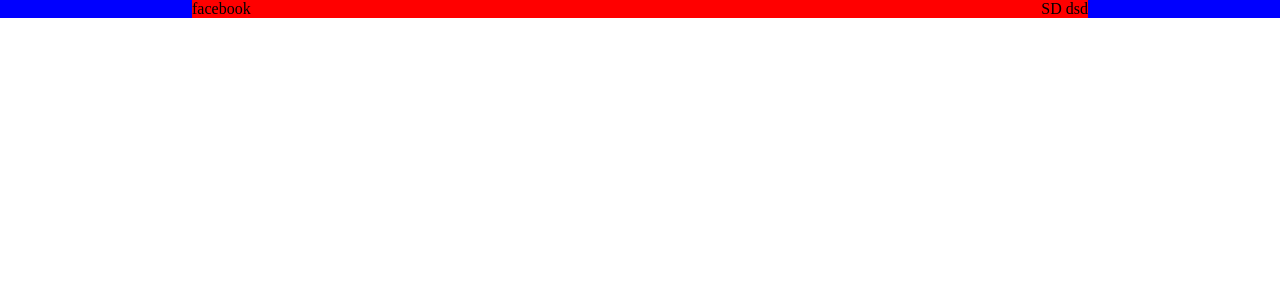
Repository: syawal2kalii/oop-php
Page: index.html
An editor plug-in stored every save of this project. The page is shown before and after the next save, followed by the edit.
The browser window is 1280 px wide. The pictures show the whole page.

Above is the page before, as saved 2020-03-03 14:36:58.

### index.html
<!DOCTYPE html>
<html lang="en">
<head>
    <meta charset="UTF-8">
    <meta name="viewport" content="width=device-width, initial-scale=1.0">
    <meta http-equiv="X-UA-Compatible" content="ie=edge">
    <title>Simple Login and Register</title>
    <link rel="stylesheet" href="css/style.css">
</head>
<body>
    <div class="container">
        <div class="box-top">

            <div class="box-top-title">
                <span>facebook</span>
            </div>
            <div class="box-top-login">
                <span>SD</span>
                <span>dsd</span>
            </div>
        </div>
        <div class="content">

        </div>
    </div>
</body>
</html>

### css/style.css
html,body{
    width: 100%;
    height: 100%;
    margin: 0;
}

.container{
    width: 100%;
    /* height: 100%; */
    background-color: blue;
}

.box-top{
    height: 70%;
    background-color: red;
    margin-left: 15%;
    margin-right: 15%;


}
.box-top-title{
    display: inline-block;
}

.box-top-login{
    float: right;
}



/*

positioning (static,absolute,relative,fixed,..) ?
display (default,inline,block,inline-block) ?
1.Bagaimana menggunakan property margin right dan margin top jika parent menggunakan property width 100%.




*/

After the next save:
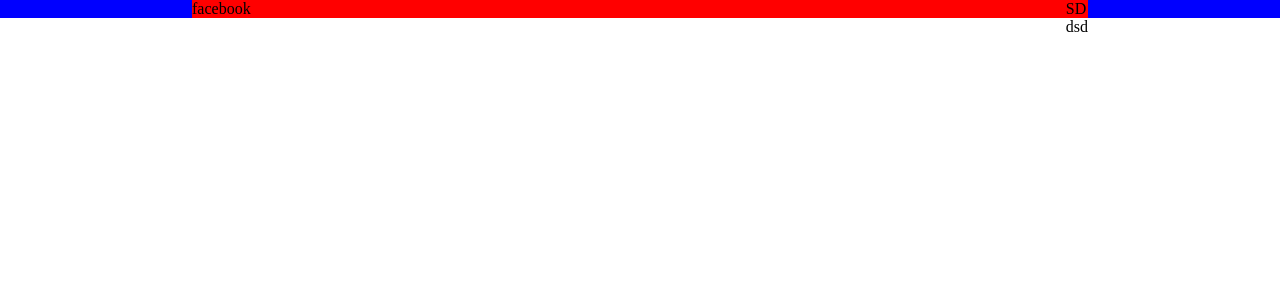
Saved 5 s later.
--- a/index.html
+++ b/index.html
@@ -15,7 +15,7 @@
                 <span>facebook</span>
             </div>
             <div class="box-top-login">
-                <span>SD</span>
+                <span>SD</span><br>
                 <span>dsd</span>
             </div>
         </div>
